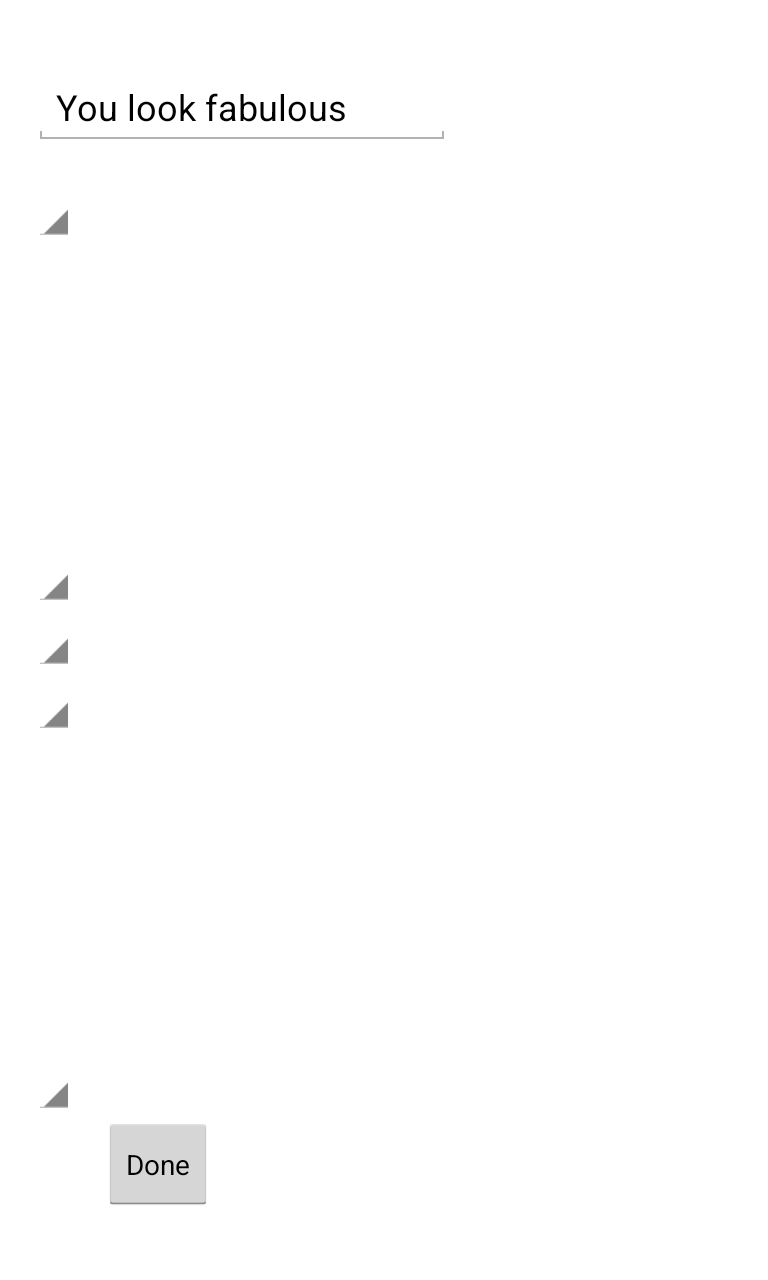
Repository: rtyanas/MyPics
Layout: workspace/MyPic/res/layout/activity_settings.xml
The author's editor kept a copy of each file at every save. The layout is drawn from the files as they stood at one save, then again after the next save.
It is drawn on a 768 x 1280 px phone screen (xhdpi) without system bars, with theme AppTheme; the app's code is not run.

Above is the layout before, as saved 2013-12-17 17:34:04.

After the next save:
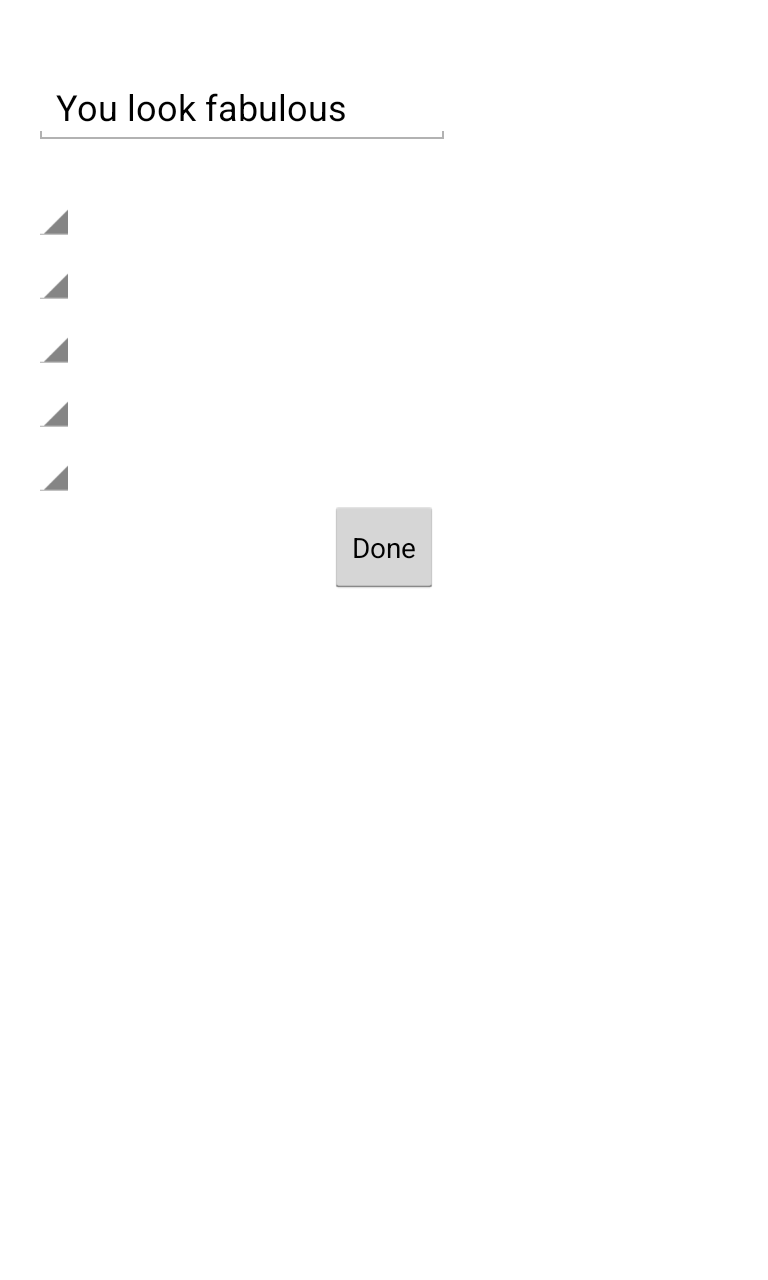
Saved 86 s later.
--- a/workspace/MyPic/res/layout/activity_settings.xml
+++ b/workspace/MyPic/res/layout/activity_settings.xml
@@ -18,17 +18,6 @@
         android:ems="10"
         android:text="@string/fabulous" />
 
-    <Button
-        android:id="@+id/done"
-        style="?android:attr/buttonStyleSmall"
-        android:layout_width="wrap_content"
-        android:layout_height="wrap_content"
-        android:layout_alignLeft="@+id/rotate"
-        android:layout_alignParentBottom="true"
-        android:layout_marginBottom="18dp"
-        android:layout_marginLeft="35dp"
-        android:text="@string/done" />
-
     <Spinner
         android:id="@+id/font"
         android:layout_width="wrap_content"
@@ -38,13 +27,6 @@
         android:layout_marginTop="16dp" />
 
     <Spinner
-        android:id="@+id/style"
-        android:layout_width="wrap_content"
-        android:layout_height="wrap_content"
-        android:layout_above="@+id/color"
-        android:layout_alignLeft="@+id/font" />
-
-    <Spinner
         android:id="@+id/size"
         android:layout_width="wrap_content"
         android:layout_height="wrap_content"
@@ -52,17 +34,33 @@
         android:layout_below="@+id/color" />
 
     <Spinner
-        android:id="@+id/rotate"
+        android:id="@+id/style"
         android:layout_width="wrap_content"
         android:layout_height="wrap_content"
-        android:layout_above="@+id/done"
-        android:layout_alignLeft="@+id/size" />
+        android:layout_alignLeft="@+id/font"
+        android:layout_below="@+id/font" />
 
     <Spinner
         android:id="@+id/color"
         android:layout_width="wrap_content"
         android:layout_height="wrap_content"
         android:layout_alignLeft="@+id/style"
-        android:layout_centerVertical="true" />
+        android:layout_below="@+id/style" />
+
+    <Spinner
+        android:id="@+id/rotate"
+        android:layout_width="wrap_content"
+        android:layout_height="wrap_content"
+        android:layout_alignLeft="@+id/size"
+        android:layout_below="@+id/size" />
+
+    <Button
+        android:id="@+id/done"
+        style="?android:attr/buttonStyleSmall"
+        android:layout_width="wrap_content"
+        android:layout_height="wrap_content"
+        android:layout_below="@+id/rotate"
+        android:layout_centerHorizontal="true"
+        android:text="@string/done" />
 
 </RelativeLayout>
